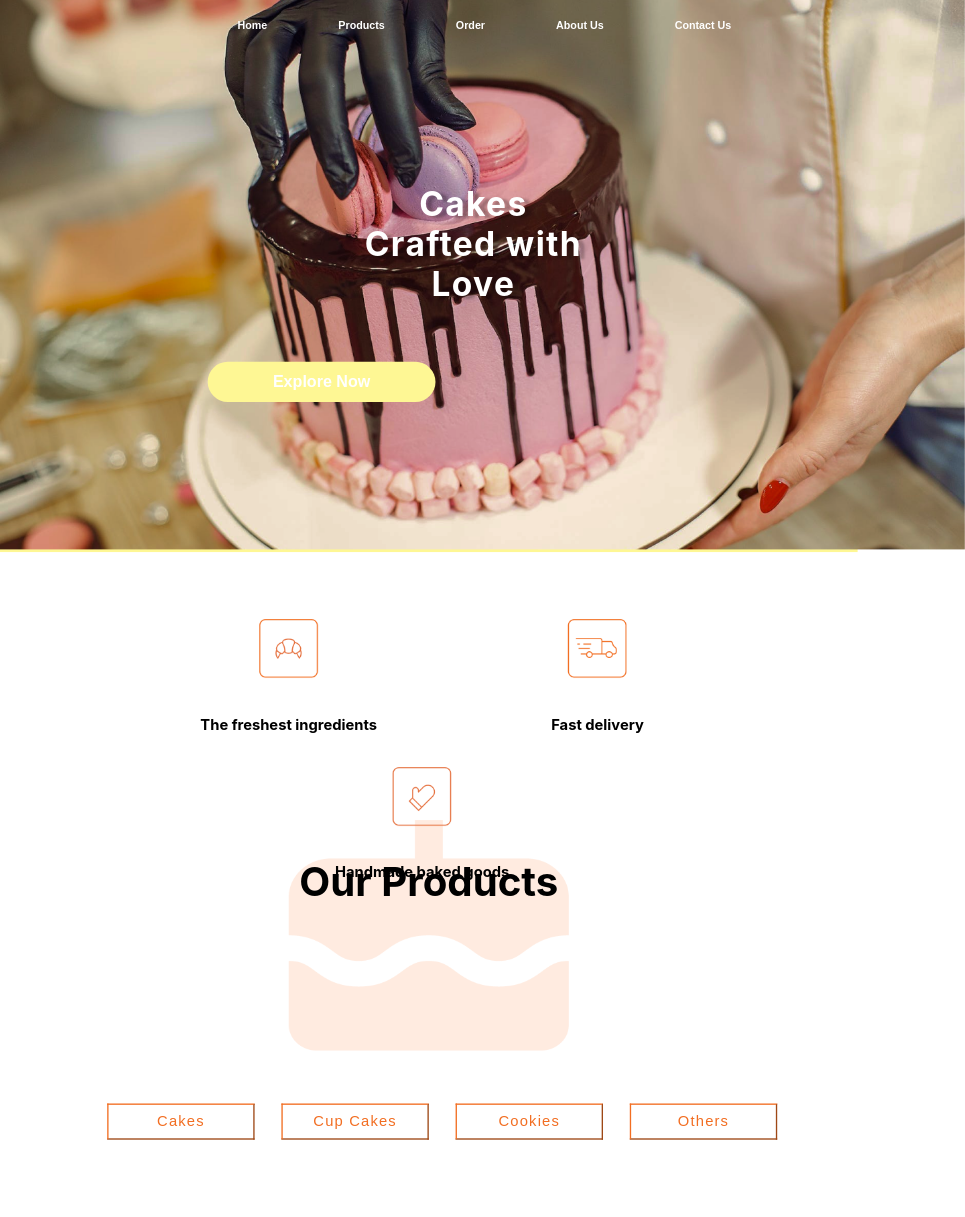
Repository: MEROO1010/cake-box
Page: /
An editor plug-in stored every save of this project. The page is shown before and after a run of saves, followed by the edit.
The browser window is 1280 px wide. The page is 1440 px wide, so the pictures cover 1440 px, including what lies to the right of the window. The pictures show the whole page, at 67% of full size.
The project was rebuilt for these pictures with package versions that can differ from the ones it lists, and the page was loaded fresh each time.

Above is the page before, as saved 2023-11-09 13:18:48.

After the next 2 saves:
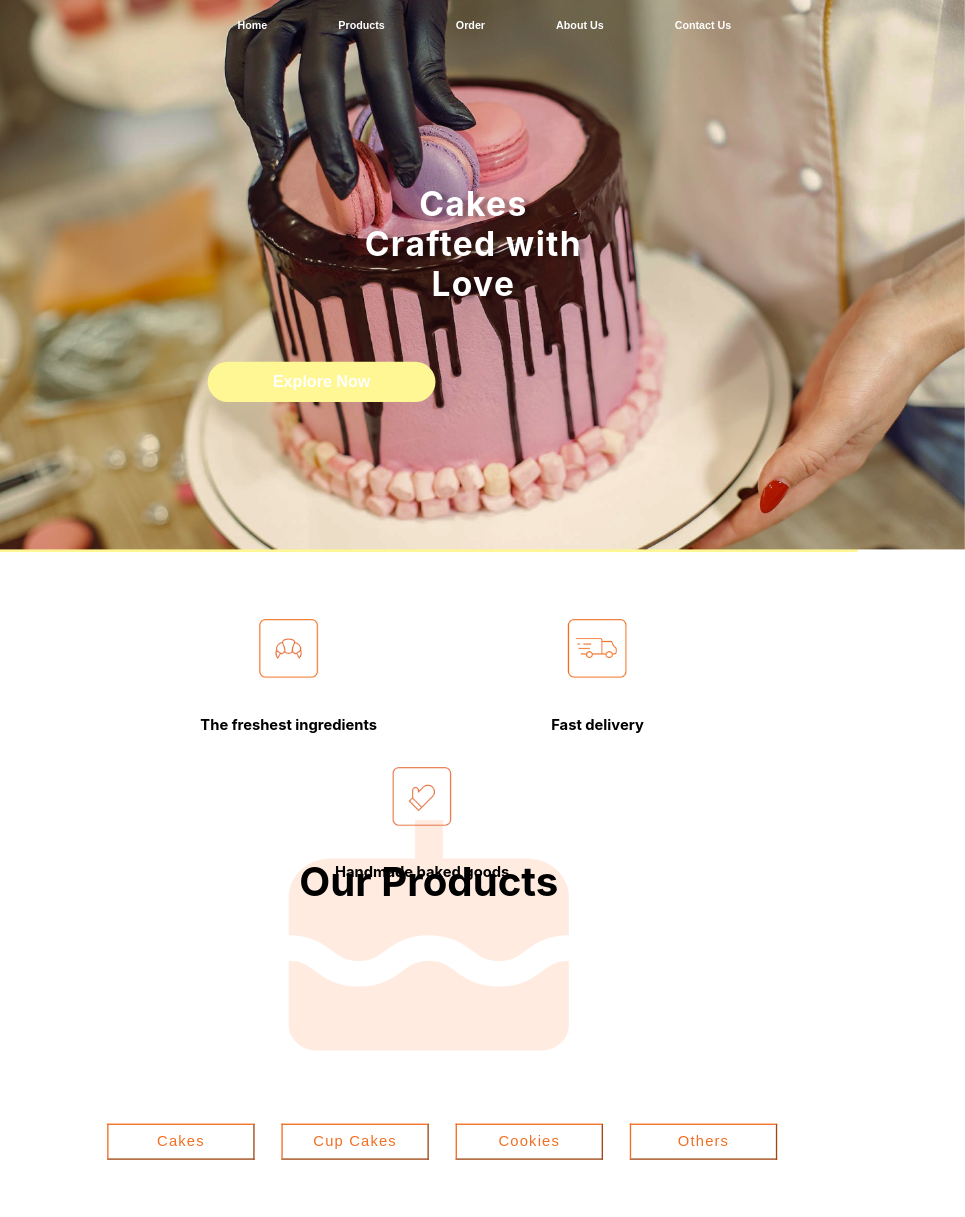
The 2 saves are shown as one change because they came seconds apart.
The last was saved 12 s later.
--- a/src/components/Products.jsx
+++ b/src/components/Products.jsx
@@ -95,7 +95,7 @@
 
   button{
     position: absolute;
-  top: 250px;
+  top: 280px;
   left: 120px;
   font-size: 22px;
   letter-spacing: 0.08em;
